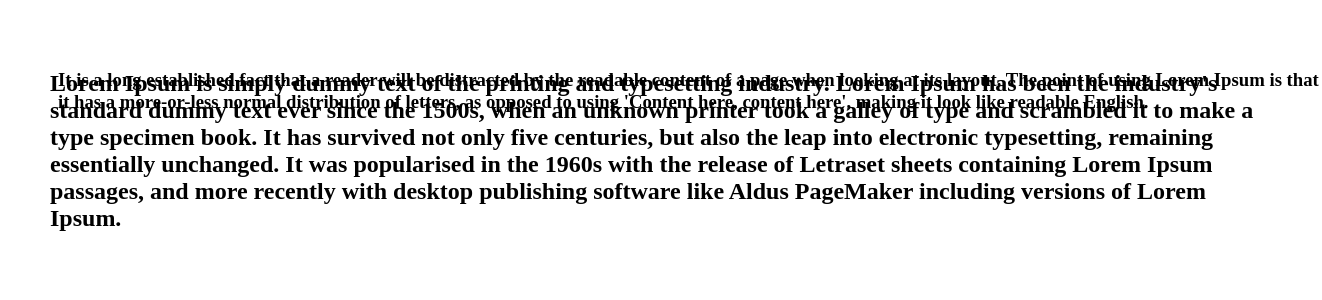
Repository: daeun0220/KB_EDU_JAVA
Page: work03_FrontUI/front02_CSS3/src/main/webapp/css00_practice.html
These files come from the project's save history. The page is drawn as it stood at one moment and after the next save; the edit follows.
The browser window is 1280 px wide. The page is 1322 px wide, so the pictures cover 1322 px, including what lies to the right of the window. The pictures show the whole page.

Above is the page before, as saved 2023-08-08 02:34:32.

After the next save:
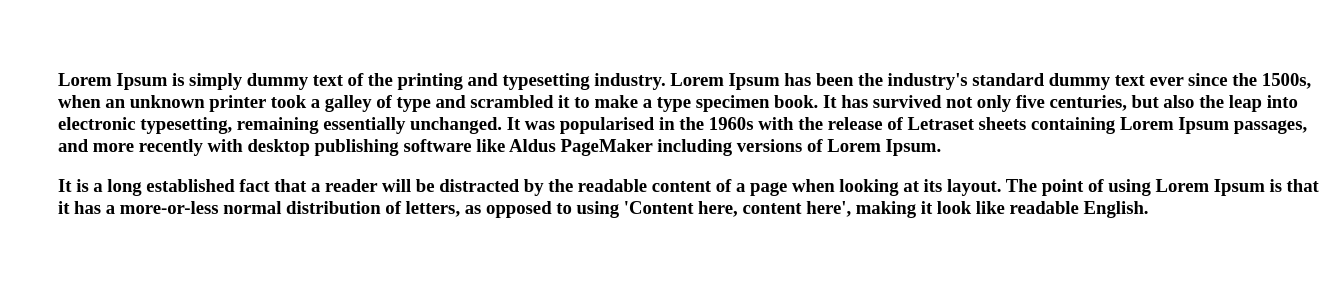
Saved 44 s later.
--- a/work03_FrontUI/front02_CSS3/src/main/webapp/css00_practice.html
+++ b/work03_FrontUI/front02_CSS3/src/main/webapp/css00_practice.html
@@ -18,7 +18,7 @@ h3 {
 </style>
 </head>
 <body>
-<h2>Lorem Ipsum is simply dummy text of the printing and typesetting industry. Lorem Ipsum has been the industry's standard dummy text ever since the 1500s, when an unknown printer took a galley of type and scrambled it to make a type specimen book. It has survived not only five centuries, but also the leap into electronic typesetting, remaining essentially unchanged. It was popularised in the 1960s with the release of Letraset sheets containing Lorem Ipsum passages, and more recently with desktop publishing software like Aldus PageMaker including versions of Lorem Ipsum.</h2>
-<h3>It is a long established fact that a reader will be distracted by the readable content of a page when looking at its layout. The point of using Lorem Ipsum is that it has a more-or-less normal distribution of letters, as opposed to using 'Content here, content here', making it look like readable English. </h3>
+<h3 id="1">Lorem Ipsum is simply dummy text of the printing and typesetting industry. Lorem Ipsum has been the industry's standard dummy text ever since the 1500s, when an unknown printer took a galley of type and scrambled it to make a type specimen book. It has survived not only five centuries, but also the leap into electronic typesetting, remaining essentially unchanged. It was popularised in the 1960s with the release of Letraset sheets containing Lorem Ipsum passages, and more recently with desktop publishing software like Aldus PageMaker including versions of Lorem Ipsum.</h3>
+<h3 id="2">It is a long established fact that a reader will be distracted by the readable content of a page when looking at its layout. The point of using Lorem Ipsum is that it has a more-or-less normal distribution of letters, as opposed to using 'Content here, content here', making it look like readable English. </h3>
 </body>
 </html>
